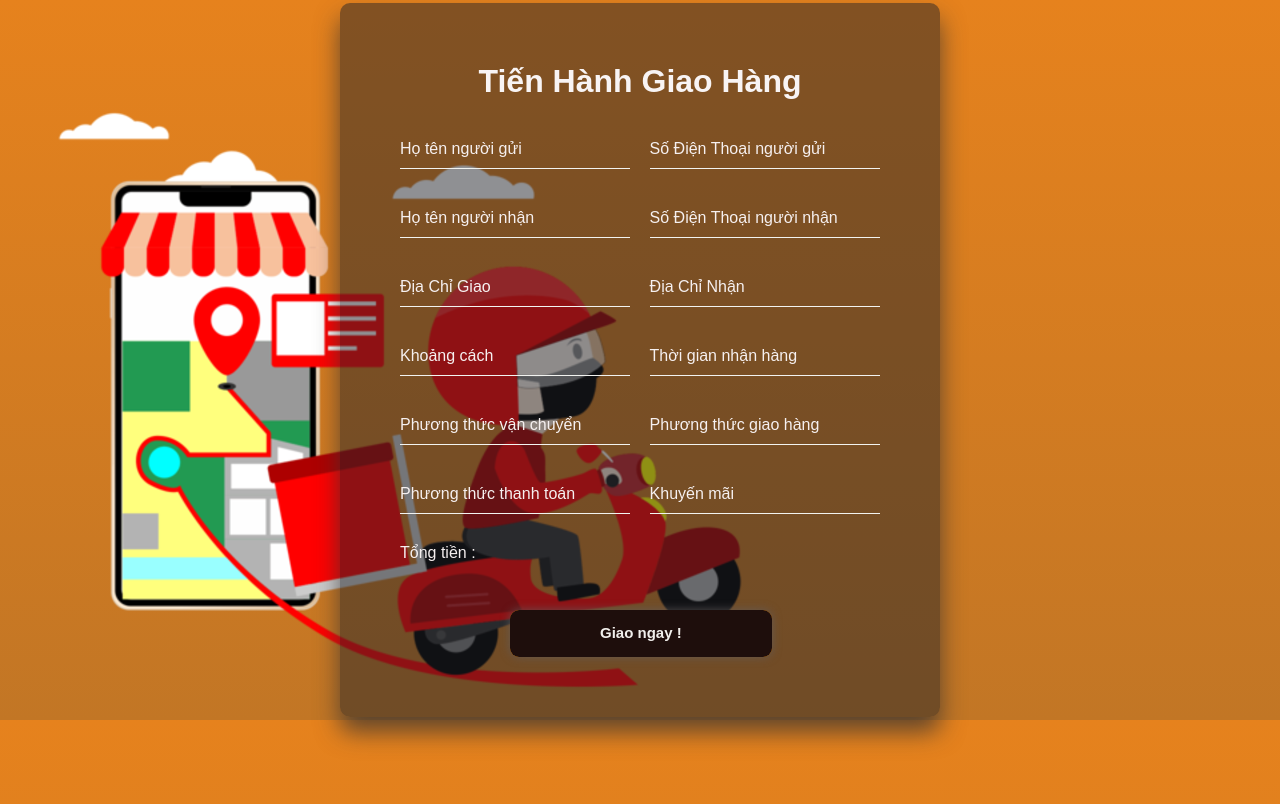
Repository: Pnguyen285/Demo
Page: Giao diện/index.html
An editor plug-in stored every save of this project. The page is shown before and after the next save, followed by the edit.
The browser window is 1280 px wide. The pictures show the whole page.

Above is the page before, as saved 2023-07-30 11:54:47.

### Giao diện/index.html
<!DOCTYPE html>
<html lang="en">
<head>
  <meta charset="UTF-8">
  <meta name="viewport" content="width=device-width, initial-scale=1.0">
  <title>Document</title>
  <link rel="stylesheet" type="" href="style.css">
  <img src="delivery.png" alt="">
</head>
<body>
  <div class="login-box">
    <h1>Tiến Hành Giao Hàng</h1>
    <div>
      <div class="user-box1">
        <div class="user-box">
          <input type="text" name="" required="">
          <label>Họ tên người gửi</label>
        </div>
        <div class="user-box">
          <input type="text" name="" required="">
          <label>Số Điện Thoại người gửi</label>
        </div>
      </div>
      <div class="user-box1">
        <div class="user-box">
          <input type="text" name="" required="">
          <label>Họ tên người nhận</label>
        </div>
        <div class="user-box">
          <input type="text" name="" required="">
          <label>Số Điện Thoại người nhận</label>
        </div>
      </div>
      <div class="user-box1">
        <div class="user-box">
          <input type="text" name="" required="">
          <label>Địa Chỉ Giao</label>
        </div>
        <div class="user-box">
          <input type="text" name="" required="">
          <label>Địa Chỉ Nhận</label>
        </div>
      </div>
      <div class="user-box1">
        <div class="user-box">
          <input type="text" name="" required="">
          <label>Khoảng cách</label>
        </div>
        <div class="user-box">
          <input type="text" name="" required="">
          <label>Thời gian nhận hàng</label>
        </div>
      </div>
      <div class="user-box1">
        <div class="user-box">
          <input type="number" name="" required="">
          <label>Phương thức vận chuyển</label>
        </div>
        <div class="user-box">
          <input type="number" name="" required="">
          <label>Phương thức giao hàng</label>
        </div>
      </div>
      <div class="user-box1">
        <div class="user-box">
          <input type="number" name="" required="">
          <label>Phương thức thanh toán</label>
        </div>
        <div class="user-box">
          <input type="text" name="" required="">
          <label>Khuyến mãi</label>
        </div>
      </div>
      <div class="totals">
          <label>Tổng tiền :</label>
      </div>
      <br>
      <button>
        <span class="transition"></span>
        <span class="gradient"></span>
        <span class="label">Giao ngay !</span>
      </button>
    </form>
  </div>
</body>
</html>

### Giao diện/style.css
html {
  height: 100%;
}
body {
  margin:0;
  padding:0;
  font-family: sans-serif;
  background: linear-gradient(#e6821d, #c27625);
}

.login-box {
  position: absolute;
  top: 50%;
  left: 50%;
  width: 600px;
  padding: 60px;
  transform: translate(-50%, -50%);
  background: rgba(33, 35, 40, 0.5);
  box-sizing: border-box;
  box-shadow: 0 15px 25px rgba(53, 50, 49, 0.742);
  border-radius: 10px;
  color:#fff
}

.login-box h1 {
  margin: 0 0 30px;
  padding: 0;
  color: #f8f4f4;
  text-align: center;
}

.login-box .user-box {
  position: relative;
  align-items: center;
  text-align: left;
}
.user-box{
  position: relative;
  display: inline-block;
  width: 48%;
  margin-right: 2%;

}
.login-box .user-box input {
  width: 100%;
  padding: 10px 0;
  font-size: 16px;
  color: #0b0607;
  margin-bottom: 30px;
  border: none;
  border-bottom: 1px solid #f2f3f0;
  outline: none;
  background: transparent;
}
.login-box .user-box label {
  position: absolute;
  top:0;
  left: 0;
  padding: 10px 0;
  font-size: 16px;
  color: #f6f0f0;
  pointer-events: none;
  transition: .5s;
}

.login-box .user-box input:focus ~ label,
.login-box .user-box input:valid ~ label {
  top: -20px;
  left: 0;
  color: #0c0b0a;
  font-size: 14px;
}

button {
  font-size: 15px;
  padding: 1em 6em;
  font-weight: 500;
  background: rgb(199, 108, 47);
  background: linear-gradient(90deg, rgba(196, 200, 203, 0.72), rgb(243, 142, 11) 0% 100%);
  color: #f1efec;
  font-weight: 900;
  border: none;
  position: relative;
  overflow: hidden;
  border-radius: 0.6em;
  box-shadow: 0 0 10px hsla(0, 2%, 37%, 0.8);
  transition: 0.2s;
  left: 110px;
}

.label {
  position: relative;
  top: -1px;
}

.transition {
  transition-timing-function: cubic-bezier(0.8, 0, 0.2, 1);
  transition-duration: 400ms;
  background: #1e0e0c;
  border-radius: 9999px;
  width: 20em;
  height: 11em;
  position: absolute;
  left: 50%;
  top: 50%;
  transform: translate(-50%, -50%);
}

button:hover .transition {
  width: 0;
  height: 0;
}

button:hover {
  transition: 0.2s;
  color: #110d0b;
}

button:active {
  transform: scale(0.97);
}
.user-box1:after {

  display: table;
  clear: both;
}
.user-box1 > div {
  float: left;
  width: 48%;
  margin-right: 4%;
}
.user-box1 > div:last-child {
  margin: 0;
}


.totals {
  margin: 0 0 30px;
  padding: 0;
  color: #f4efef;
  text-align: left;

}

After the next save:
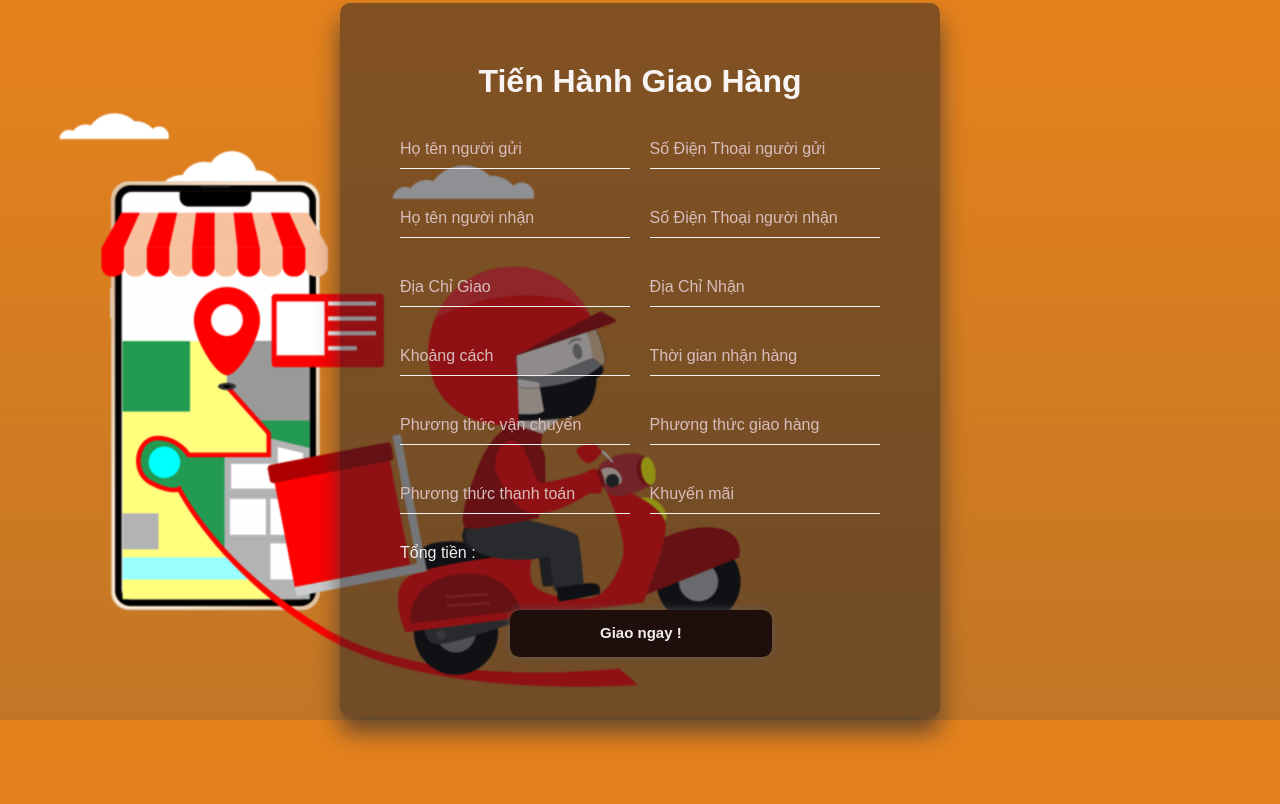
Saved 80 s later.
--- a/Giao diện/style.css
+++ b/Giao diện/style.css
@@ -45,7 +45,7 @@
   width: 100%;
   padding: 10px 0;
   font-size: 16px;
-  color: #0b0607;
+  color: #eae6e7;
   margin-bottom: 30px;
   border: none;
   border-bottom: 1px solid #f2f3f0;
@@ -58,7 +58,7 @@
   left: 0;
   padding: 10px 0;
   font-size: 16px;
-  color: #f6f0f0;
+  color: #d8bdbd;
   pointer-events: none;
   transition: .5s;
 }

After the save that followed:
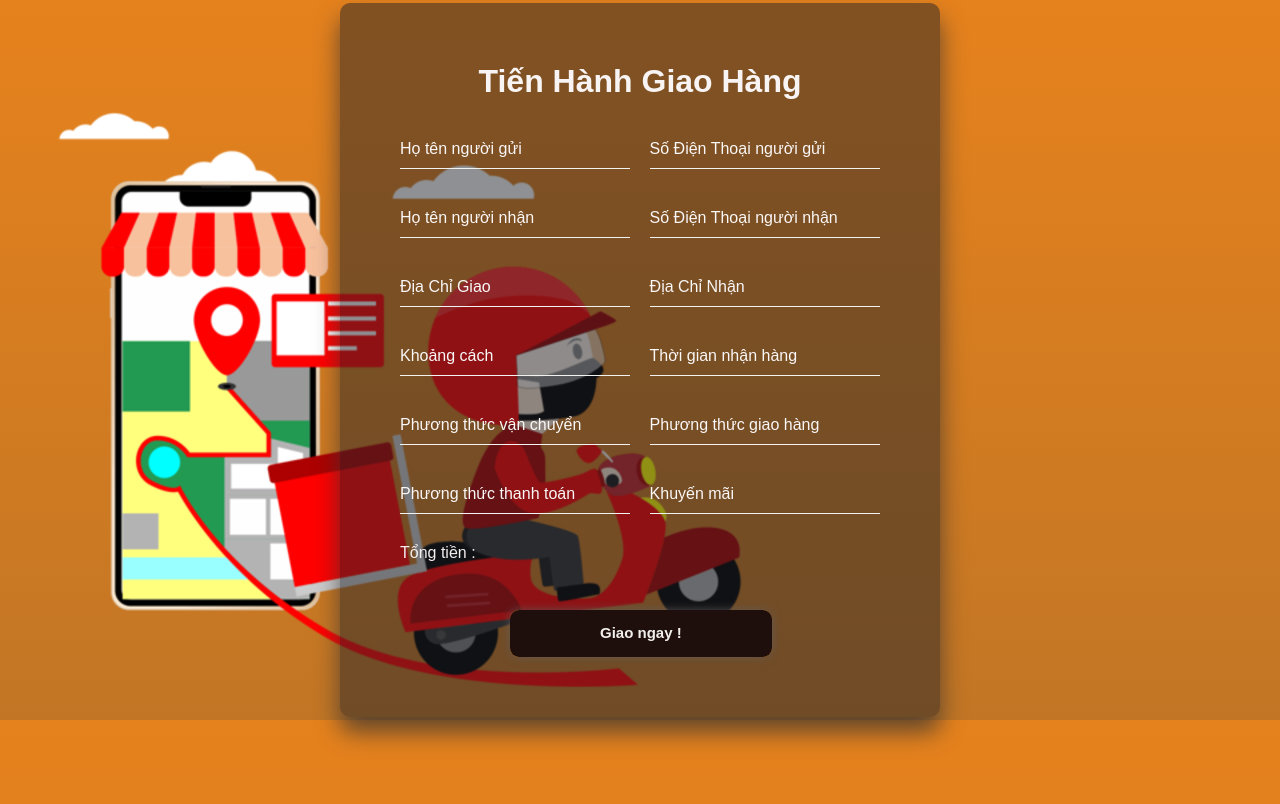
Saved 43 s later.
--- a/Giao diện/style.css
+++ b/Giao diện/style.css
@@ -58,7 +58,7 @@
   left: 0;
   padding: 10px 0;
   font-size: 16px;
-  color: #d8bdbd;
+  color: #faf7f7;
   pointer-events: none;
   transition: .5s;
 }
